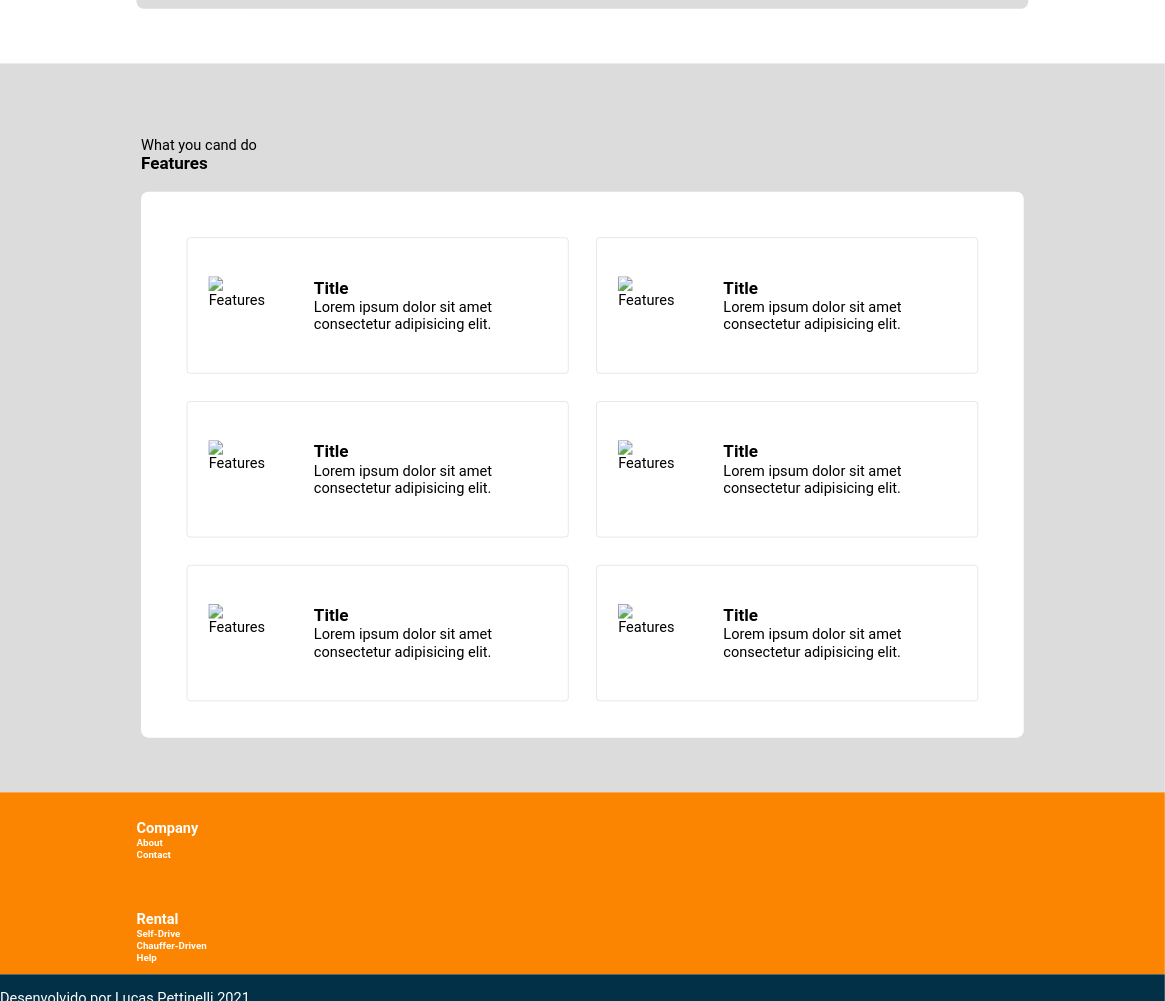
Repository: pettinelli1202/ElectriCar
Page: index.html
The author's editor kept a copy of each file at every save. The page is drawn from the files as they stood at one save, then again after the next save.
The browser window is 1280 px wide. The pictures show the part of the page from y = 2892 to 3992 px (the page is 4013 px tall), at 91% of full size.
A picture or video elsewhere on the page could not be fetched, so the positions and the page height are approximate. An inner scrolling area shows only its first screen. Some web fonts or font styles are not loaded; a fallback is used.

Above is the page before, as saved 2023-03-27 23:59:32.

After the next save:
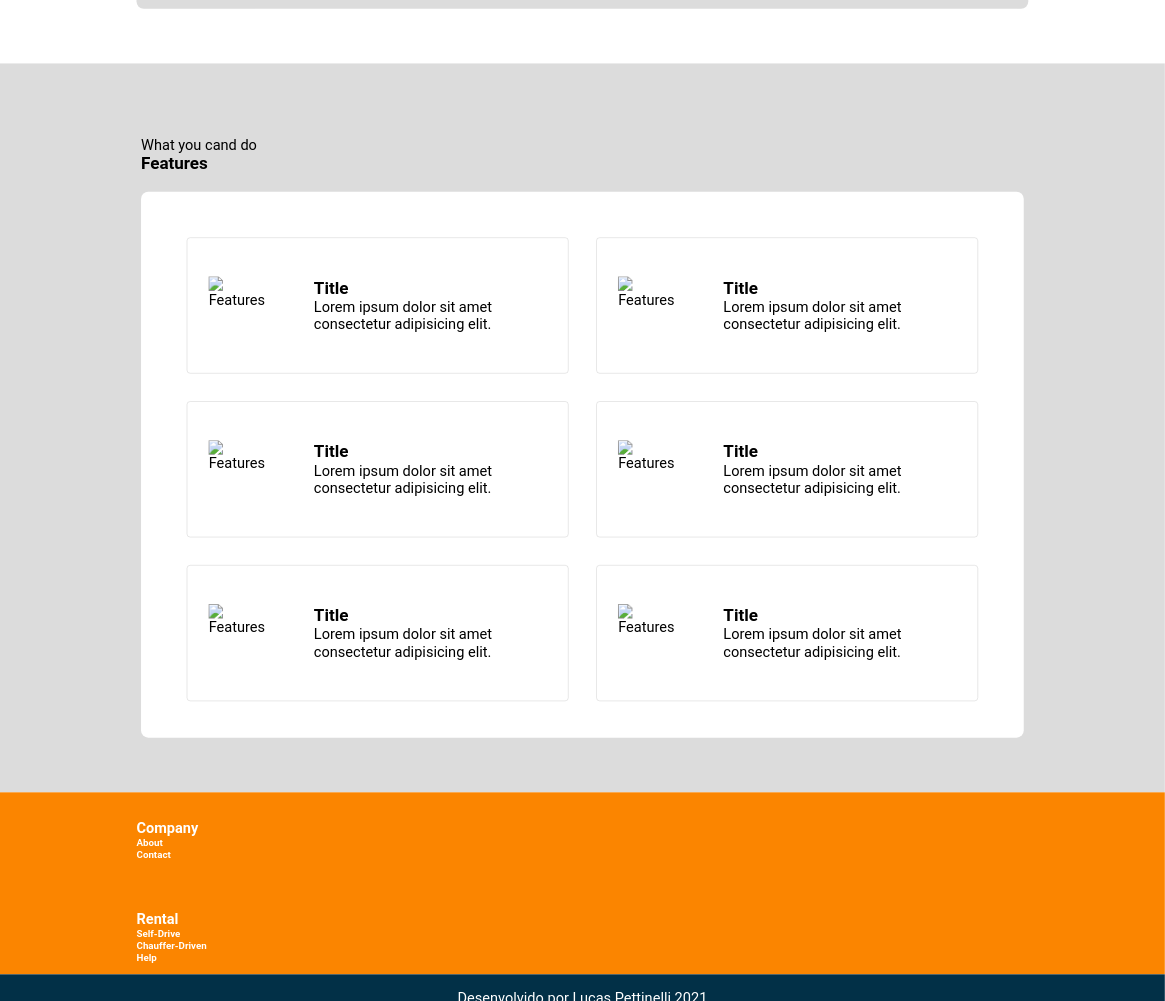
Saved 18 s later.
--- a/css/style.css
+++ b/css/style.css
@@ -402,4 +402,5 @@ footer .last {
     color: white;
     display: flex;
     align-items: center;
-}
+    justify-content: center;
+}
